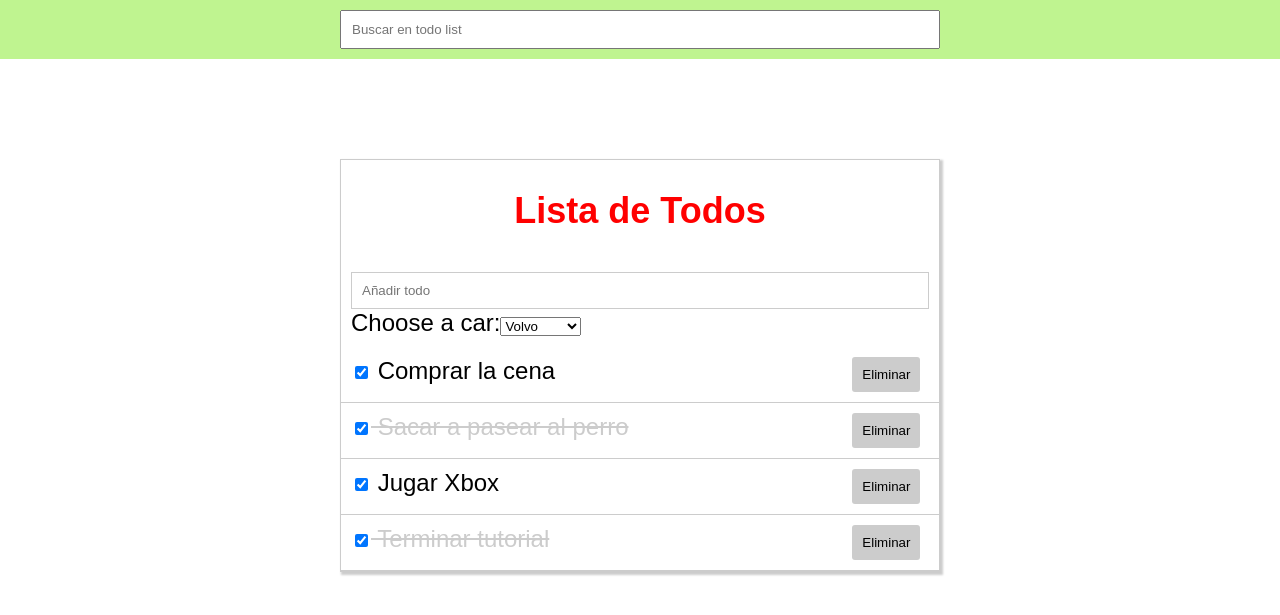
Repository: MauriVaz/Primer-app-con-Vue
Page: /
These files come from the project's save history. The page is drawn as it stood at one moment and after the next save; the edit follows.
The browser window is 1280 px wide. The pictures show the whole page.
The project was rebuilt for these pictures with package versions that can differ from the ones it lists, and the page was loaded fresh each time. Also part of the build but not shown: vue.config.js.

Above is the page before, as saved 2023-02-02 22:13:05.

After the next save:
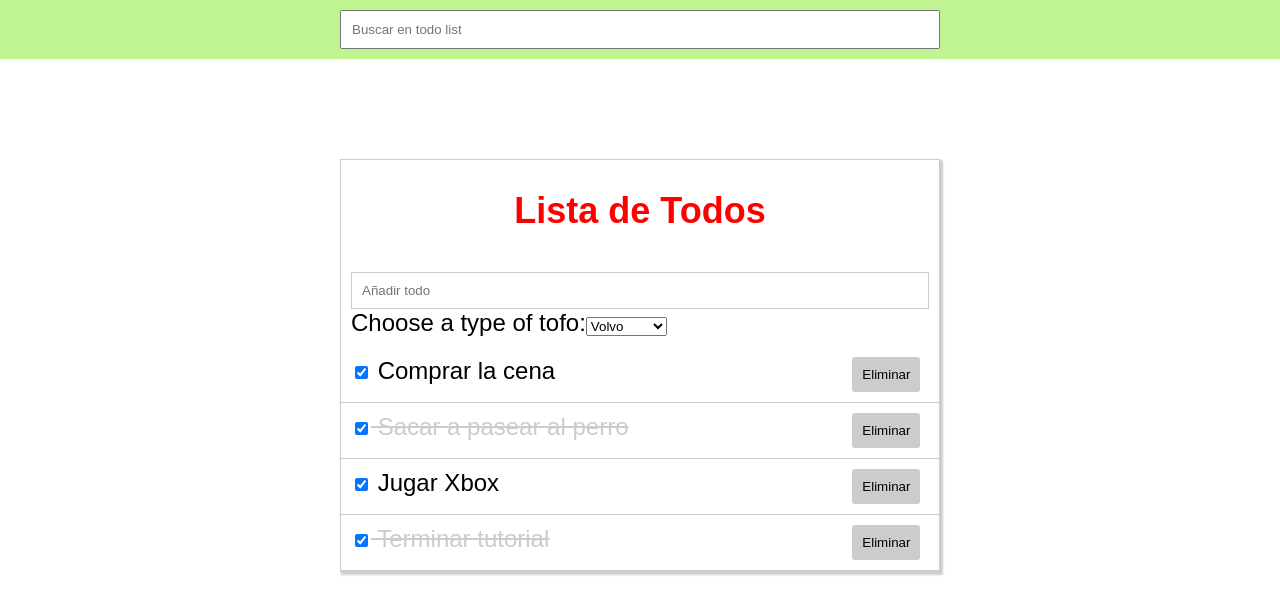
Saved 2 min 4 s later.
--- a/src/components/TodoAdd.vue
+++ b/src/components/TodoAdd.vue
@@ -2,10 +2,9 @@
     <div id="add-container">
         <form @submit="addTodo">
             <input type="text" placeholder="Añadir todo" v-model="title">
-            <label for="cars">Choose a car:</label>
-
-<select id="cars">
-  <option label="Volvo">Volvo (Latin for "I roll")</option>
+            <label for="cars">Choose a type of tofo:</label>
+            <select id="cars">
+            <option label="Volvo">Volvo (Latin for "I roll")</option>
   <option label="Saab">Saab (Swedish Aeroplane AB)</option>
   <option label="Mercedes">Mercedes (Mercedes-Benz)</option>
   <option label="Audi">Audi (Auto Union Deutschland Ingolstadt)</option>
